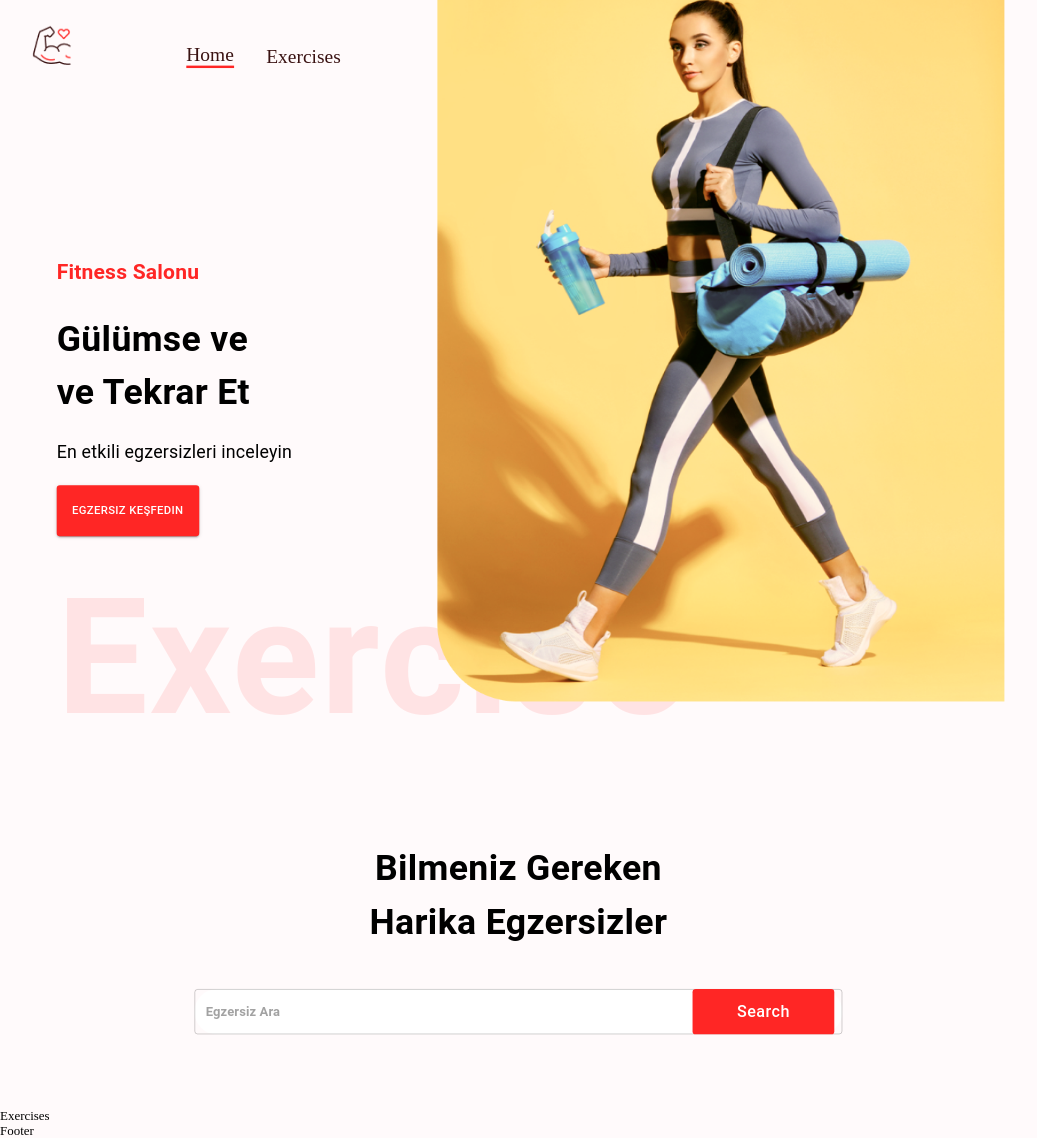
Repository: Kubraaygun/Gym_App
Page: /
An editor plug-in stored every save of this project. The page is shown before and after the next save, followed by the edit.
The browser window is 1280 px wide. The pictures show the whole page, at 81% of full size.
The project was rebuilt for these pictures with package versions that can differ from the ones it lists, and the page was loaded fresh each time. Also part of the build but not shown: src/pages/ExerciseDetail.js.

Above is the page before, as saved 2025-01-25 18:19:18.

After the next save:
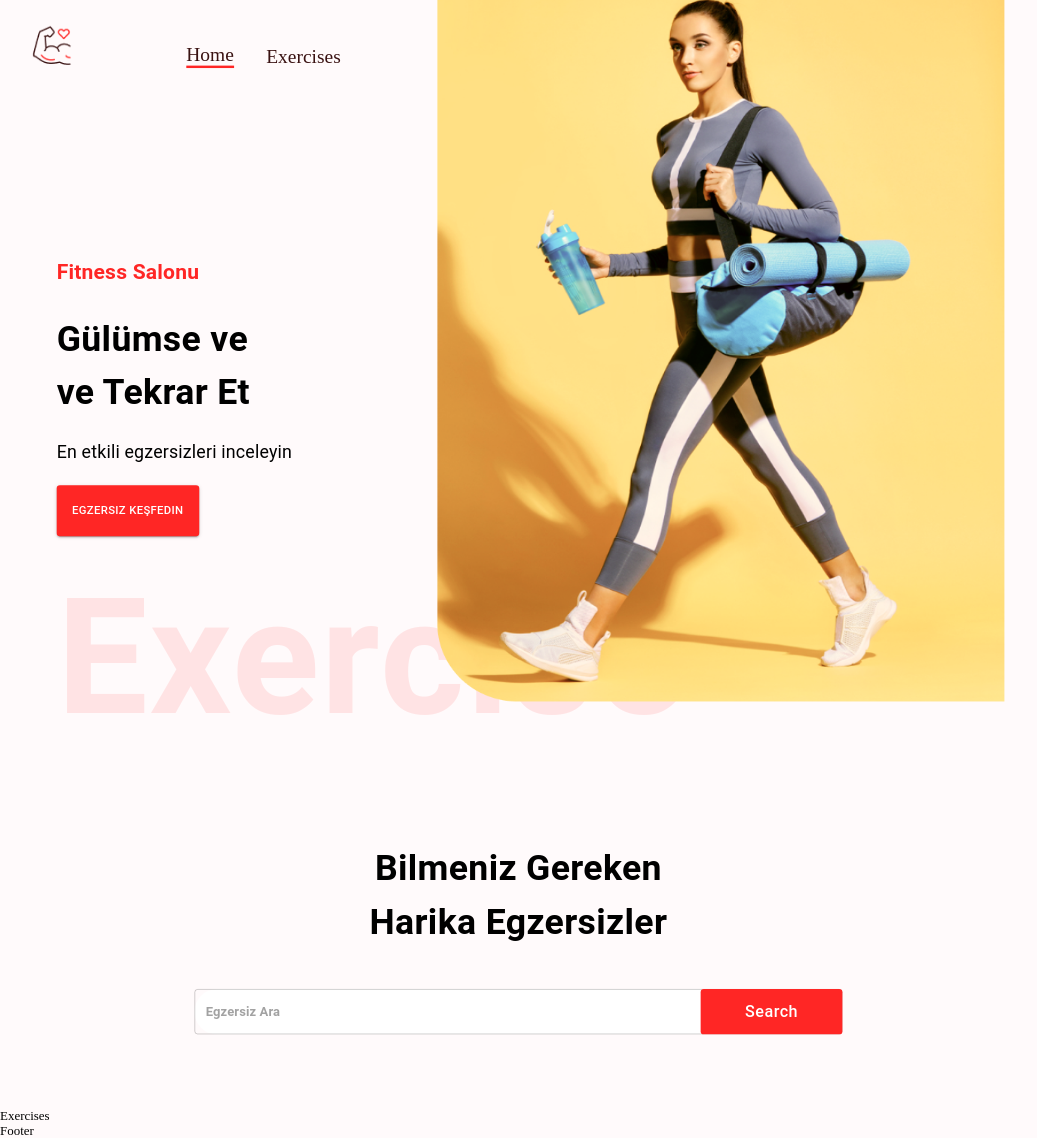
Saved 6 s later.
--- a/src/components/SearchExercises.js
+++ b/src/components/SearchExercises.js
@@ -35,7 +35,7 @@ const SearchExercises = () => {
             fontSize: { lg: "20px", sx: "14px" },
             height: "56px",
             position: "absolute",
-            right: "10px",
+            right: "0",
           }}
         >
           Search
